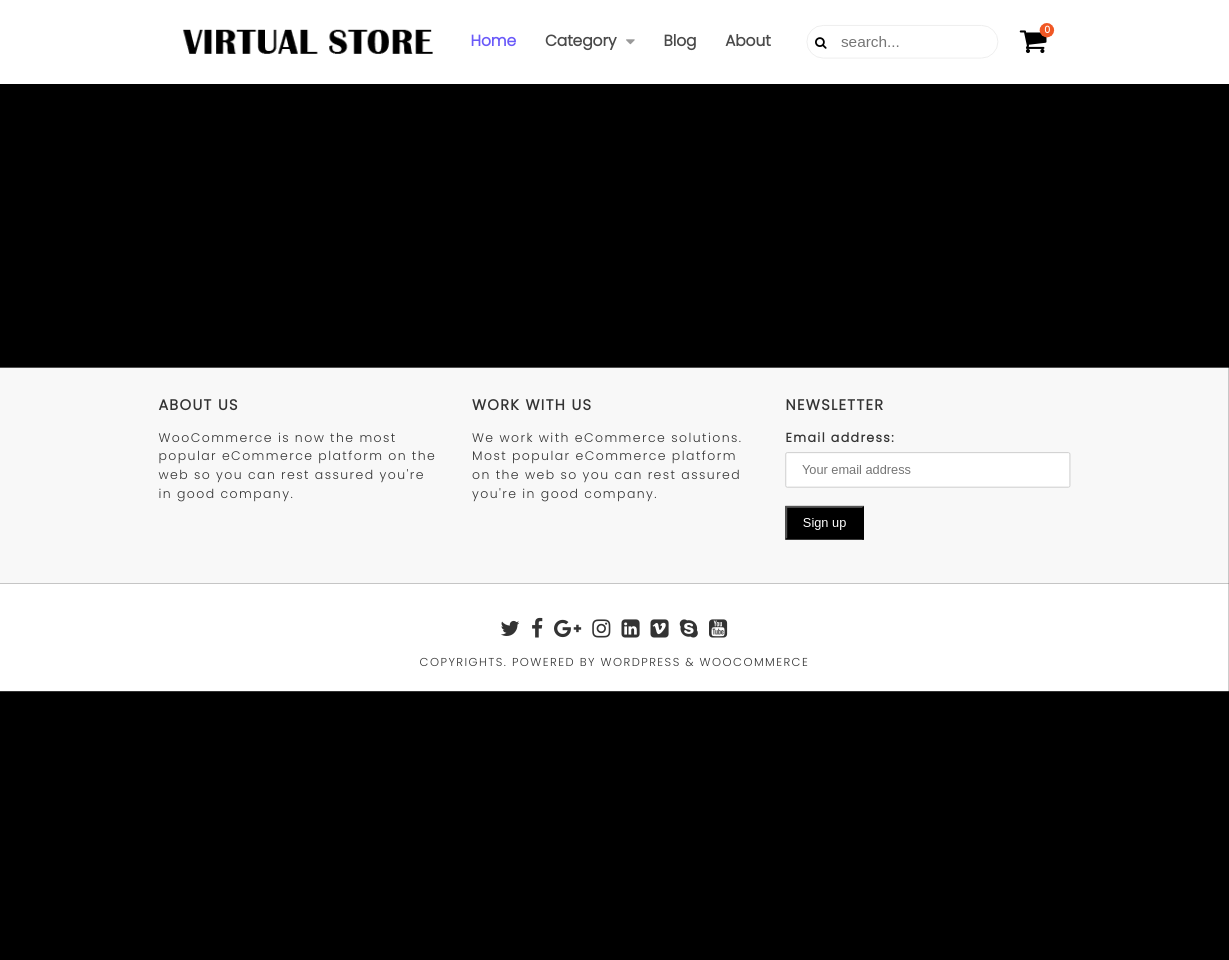
Repository: dungle03/tke_web_nhom_15
Page: index.html
These files come from the project's save history. The page is drawn as it stood at one moment and after the next save; the edit follows.
The browser window is 1280 px wide. The pictures show the whole page, at 96% of full size.
The pointer rests on the first visible `.category-more`.

Above is the page before, as saved 2022-09-14 00:27:01.
Not found: resest.css

### index.html
<!DOCTYPE html>
<html lang="en">
<head>
    <meta charset="UTF-8">
    <meta http-equiv="X-UA-Compatible" content="IE=edge">
    <meta name="viewport" content="width=device-width, initial-scale=1.0">
    <title>Home</title>
    <link
    rel="stylesheet"
    href="https://cdnjs.cloudflare.com/ajax/libs/font-awesome/4.7.0/css/font-awesome.min.css"
    integrity="sha512-SfTiTlX6kk+qitfevl/7LibUOeJWlt9rbyDn92a1DqWOw9vWG2MFoays0sgObmWazO5BQPiFucnnEAjpAB+/Sw=="
    crossorigin="anonymous"
  />
  <link href="https://fonts.googleapis.com/css2?family=Poppins:wght@300&display=swap" rel="stylesheet">
    <link rel="stylesheet" href="./resest.css">
    <link rel="stylesheet" href="./CSS/header.css">
    <link rel="stylesheet"  href="./CSS/footer.css">
</head>
<body>
    <div class="main-header">
        <div class="header" id="head">
            <div class="logo">
                <a href="#head">
                    <img src="./IMG/IMG_LOGO/logo.png" alt="img">
                </a>
            </div>
            <ul class="navi">
                <li class="item active"><a href="#" class="home">Home</a>
                </li>
                <li class="item category-more"><a href="#" class="category">Category</a>
                    <i class="fa fa-caret-down dropdow_caret"></i>
                    <div class="dropdow">
                        <ul class="dropdow-list">
                            <li  class="dropdow-item"><a class="dropdow-effect" href="#"><span>
                                All products
                            </span></a></li>
                            <li class="dropdow-item"><a  class="dropdow-effect"href="#"><span>
                                Furniture
                            </span></a></li>
                            <li class="dropdow-item"><a class="dropdow-effect" href="#"><span>
                                Sale
                            </span></a></li>
                        </ul>
                    </div>
                </li>
                <li class="item"><a href="#" class="blog">Blog</a>
                </li>
                <li class="item"><a href="#" class="about">About</a>
                </li>
            </ul>
            <div class="wrap-search">
                <i class="fa fa-search icon-search"></i>
                <input type="text" class="input-search" placeholder="search...">
            </div>
            <div class="wrap-incon-cart">
                <i class="fa fa-shopping-cart icon-cart"></i>
            </div>
        </div>
    </div>
    <!-- /////////////////////////////////////// -->
        <div class="footer">
            <div class="main-foot">
                <div class="container">
                    <div class="foot-col">
                        <h3 class="footer-title">ABOUT US</h3>
                        <div class="textwidget">WooCommerce is now the most popular eCommerce platform on the web so you can rest assured you're in good company.</div>
                    </div>
                    <div class="foot-col">
                        <h3 class="footer-title">WORK WITH US</h3>
                        <div class="textwidget">We work with eCommerce solutions. Most popular eCommerce platform on the web so you can rest assured you're in good company.</div>
                    </div>
                    <div class="foot-col">
                        <h3 class="footer-title">NEWSLETTER</h3>
                        <form class="newsletter">
                            <p>
                                <label for="EMAIL" class="label-email">Email address:</label>
                                <input type="email" class="input-email" name="EMAIL" placeholder="Your email address" required="">
                            </p>
                            <p>
                                <input type="submit" class="btn-submit" value="Sign up">
                            </p>
                        </form>
                    </div>
                </div>
            </div>
            <div class="bottom-foot">
                <div class="container">
                    <div class="foot-socials">
                        <ul>
                            <li><a href=""></a><i class="fa fa-twitter"></i></li>
                            <li><a href=""></a><i class="fa fa-facebook"></i></li>
                            <li><a href=""></a><i class="fa fa-google-plus"></i></li>
                            <li><a href=""></a><i class="fa fa-instagram"></i></li>
                            <li><a href=""></a><i class="fa fa-linkedin-square"></i></li>
                            <li><a href=""></a><i class="fa fa-vimeo-square"></i></li>
                            <li><a href=""></a><i class="fa fa-skype"></i></li>
                            <li><a href=""></a><i class="fa fa-youtube-square"></i></li>
                        </ul>
                        <p class="credits">Copyrights. Powered by WordPress & WooCommerce</p>
                    </div>
                </div>
            </div>
        </div>
    </body>
    </html>

### CSS/header.css
html {
    font-family: "Poppins", sans-serif;
    box-sizing: border-box;
    font-size: 62.5%;
    color: black;
  }
  * {
    margin: 0;
    padding: 0;
  }
  *,
  *:before,
  *:after {
    box-sizing: border-box;
  }
  input,
  textarea,
  select,
  button {
    outline: none;
  }
  input {
    line-height: normal;
  }
  label,
  button {
    cursor: pointer;
  }
  a {
    text-decoration: none;
  }
  img {
    display: block;
    max-width: 100%;
  }
  body{
    height: 1000px;
    background-color: black;

  }
/* /////////// HEADER  /////////// */
.main-header{
  width: 100%;
  position: fixed;
  top: 0;
  left: 0;
  background-color: white;
  z-index: 100;
}
.header{
    width: 100%;
    padding:0 190px ;
    display: flex;
    align-items: center;
    justify-content: space-between;
}
  .logo{

}
.navi{
    display: flex;
    width: max-content;
}
.navi  a{
  color: #4a4a4a;;
}
.navi .item{
  list-style-type: none;
    /* width: max-content; */
    white-space: nowrap;
    padding:  30px 15px;
    cursor: pointer;
    color: #999;
    font-weight: 600;
    flex: 1;
    display: flex;
    align-items: center;
    justify-content: center;
    border-radius: inherit;
    border-bottom: 2px solid white;
}

.wrap-search{
  position: relative;
}
.icon-search{
  position: absolute;
  top: 50%;
  left: 15px;
  transform: translate(-50%,-50%);
  font-size: 13px;
}
.input-search{
  width: 200px;
  height: 35px;
  padding-left: 35px;
  border-radius: 20px;
  border: 1px solid #eee;
  font-size: 16px;
}
.wrap-incon-cart{
  width: max-content;
  position: relative;
}
.icon-cart{
  font-size: 30px;
}
.wrap-incon-cart::before{
  content: "0";
  display: flex;
  justify-content: center;
  align-items: center;
  position: absolute;
  font-weight:600 ;
  color: white;
  font-size: 10px;
  width: 15px;
  height: 15px;
  border-radius: 15px;
  background-color: #f05724;
  z-index: 100;
  top: -10%;
  right: -30%;
}
.navi .item.active a{
  color: #6a5af9;
}

.navi .item:not(:nth-child(2)):hover{
    color: #6a5af9;
  border-bottom-color: currentColor;
}

.category-more{
  position: relative;
}

.dropdow{
  position: absolute;
  top: 100%;
  background-color: white;
  border-radius: 4px;
  box-shadow: 0 0 10px #ccc;
  display: none;
}
.dropdow::before{
  position: absolute;
  content: "";
  width: 0;
  height: 0;
  border-left: 10px solid transparent;
  border-bottom: 10px solid white;
  border-right: 10px solid transparent;
  top: 0;
  right: 10px;
  transform: translateY(-100%);
}

.dropdow_caret{
  margin-left: 10px;
}
.dropdow-item{
  padding: 20px 25px 20px 40px;
  transition: all 0.2s linear;
  border-left: 4px solid transparent;
}
.dropdow-item:not(:last-child){
  border-bottom: 1px solid #ccc;
}
.dropdow-item:hover{
  border-left-color: #6a5af9;
}
.dropdow-item:hover span{
  color: #6a5af9;

}


/* FORTER */
.footer{
  position: absolute  ;
  bottom: 0px;
  /* margin-bottom: auto; */
}
.main-foot{
  background-color:
#f8f8f8;
background-position:
0px 0px;
color:#333333;
font-size:13px;
letter-spacing:1.5px;
line-height:19.6px;
padding:15px 0px 28px 0px;
}

.main-foot .container{
  display: flex;
  padding: 0 150px;
}

.main-foot .container .foot-col{
  display: inline-block;
  width: calc(100% / 3);
  padding:
0px 15px;
}


.main-foot .container .foot-col:first-child, .foot-col:nth-child(2){
  color:
#333333;
letter-spacing:
1.5px;
line-height:
19.6px;
padding:
0px 15px;
}
.footer-title{
  margin: 14px 0;
}

.newsletter{
  color:
#333333;
font-size:
13px;
letter-spacing:
1.5px;
line-height:
19.6px;
}
.label-email{
  font-weight: 700;
  margin-bottom: 6px;
  display: block;
}
.input-email{
  width: 100%;
  background-color:
#ffffff;
background-position:
0px 0px;
border-color:
#cccccc;
border-radius:
2px;
border-style:
solid;
border-width:
1px;
color:
#555555;
font-family:
Arial;
font-size:
13.3333px;
line-height:
19.0476px;
margin:
0px 0px 5px;
padding:
8px 16px;
}
.btn-submit{
  margin: 14px 0px 18px 0px;
  display: inline-block;
  padding: 8px 16px;
  background-color: black;
  color: white;
}

/* /////// */
.bottom-foot{
  background-color:
#ffffff;
background-position:
0px 0px;
color:
#333333;
font-size:
14px;
letter-spacing:
1.5px;
line-height:
19.6px;
padding:
20px 0px;
text-align:
center;
text-transform:
uppercase;
}
li{

  list-style-type: none;
}
.bottom-foot .container{
  margin: 0 auto;
    width: 1180px;
}
.foot-socials ul{
  display: flex;
  width: max-content;
  margin: 15px auto;
}
.foot-socials ul li {
  font-size: 22px;
  margin: 0 5px;
}
.credits{
  font-size: 12px;
}

### CSS/footer.css
html {
    font-family: "Poppins", sans-serif;
    box-sizing: border-box;
    font-size: 16px;

  }
  * {
    margin: 0;
    padding: 0;
  }
  *,
  *:before,
  *:after {
    box-sizing: border-box;
  }
  input,
  textarea,
  select,
  button {
    outline: none;
  }
  input {
    line-height: normal;
  }
  label,
  button {
    cursor: pointer;
  }
  a {
    text-decoration: none;
  }
  img {
    display: block;
    max-width: 100%;
  }

After the next save:
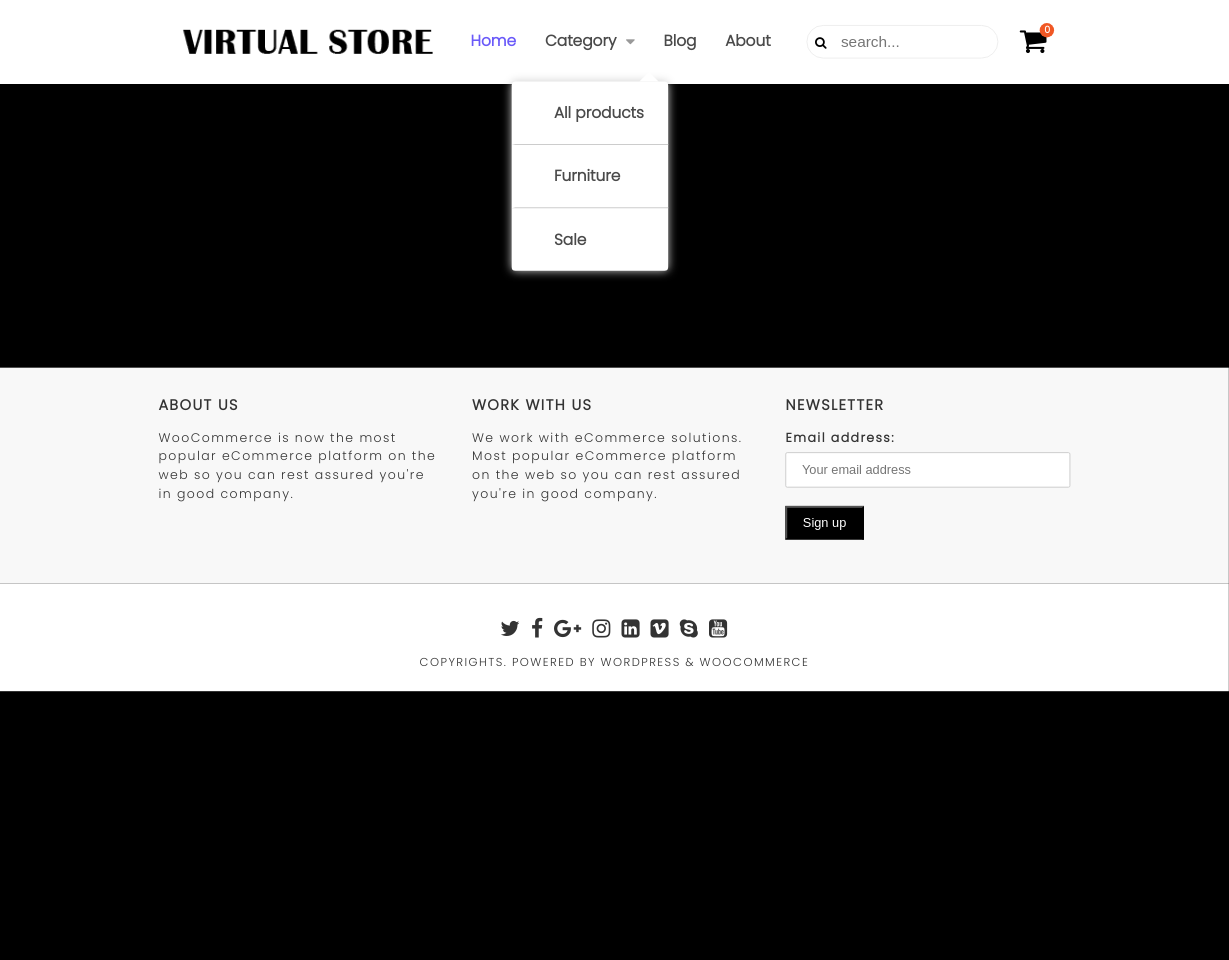
Saved 85 s later.
--- a/CSS/header.css
+++ b/CSS/header.css
@@ -172,7 +172,9 @@ html {
 }
 .dropdow-item:hover span{
   color: #6a5af9;
-
+}
+.category-more:hover .dropdow{
+  display: block;
 }
 
 
